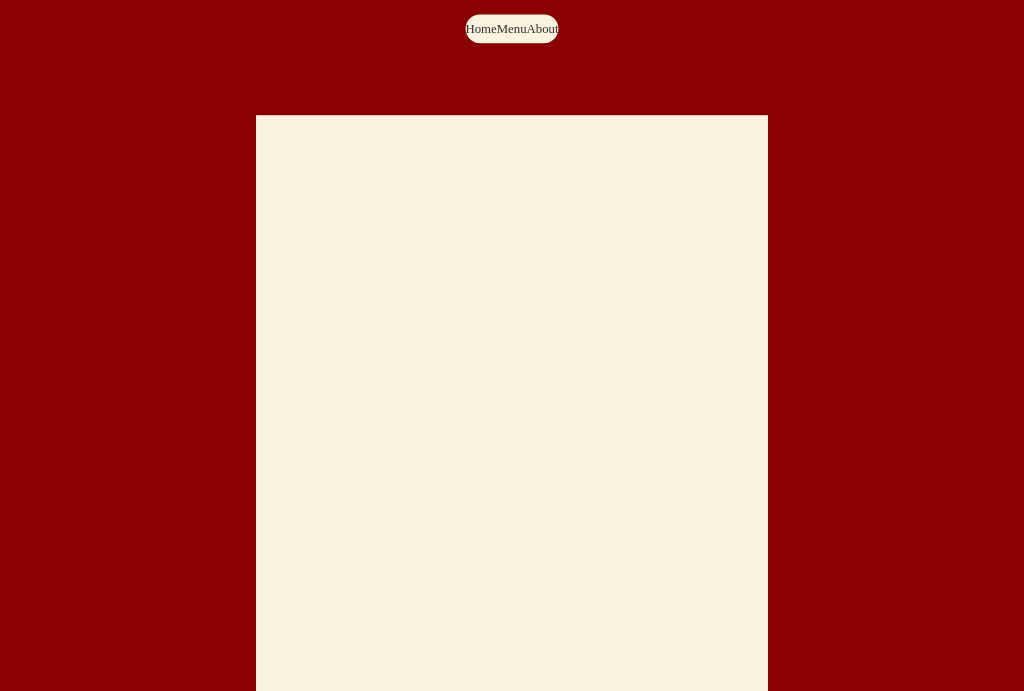
Repository: Dimitris2031/Restaurant-Front-page
Page: / (app in webpack-practice/)
These files come from the project's save history. The page is drawn as it stood at one moment and after the next save; the edit follows.
The browser window is 1280 px wide. The pictures show the whole page, at 80% of full size.
The project was rebuilt for these pictures with package versions that can differ from the ones it lists, and the page was loaded fresh each time. Also part of the build but not shown: webpack-practice/webpack.config.js.

Above is the page before, as saved 2025-09-10 10:43:13.

After the next save:
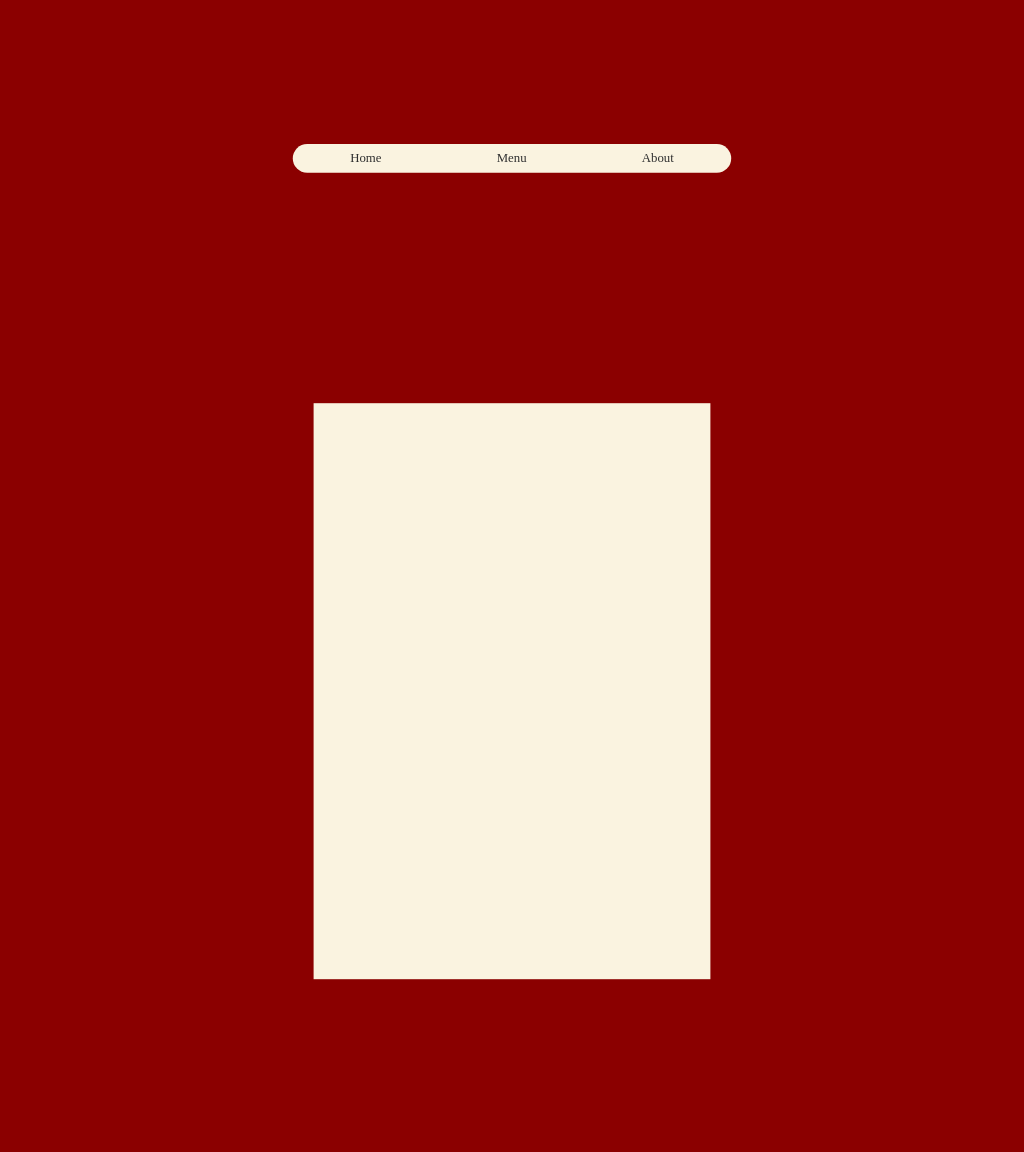
Saved 5 s later.
--- a/webpack-practice/src/styles.css
+++ b/webpack-practice/src/styles.css
@@ -1,5 +1,5 @@
 *{
-  margin: auto;
+  margin: 10vh;
   padding: 0;
 
 }
